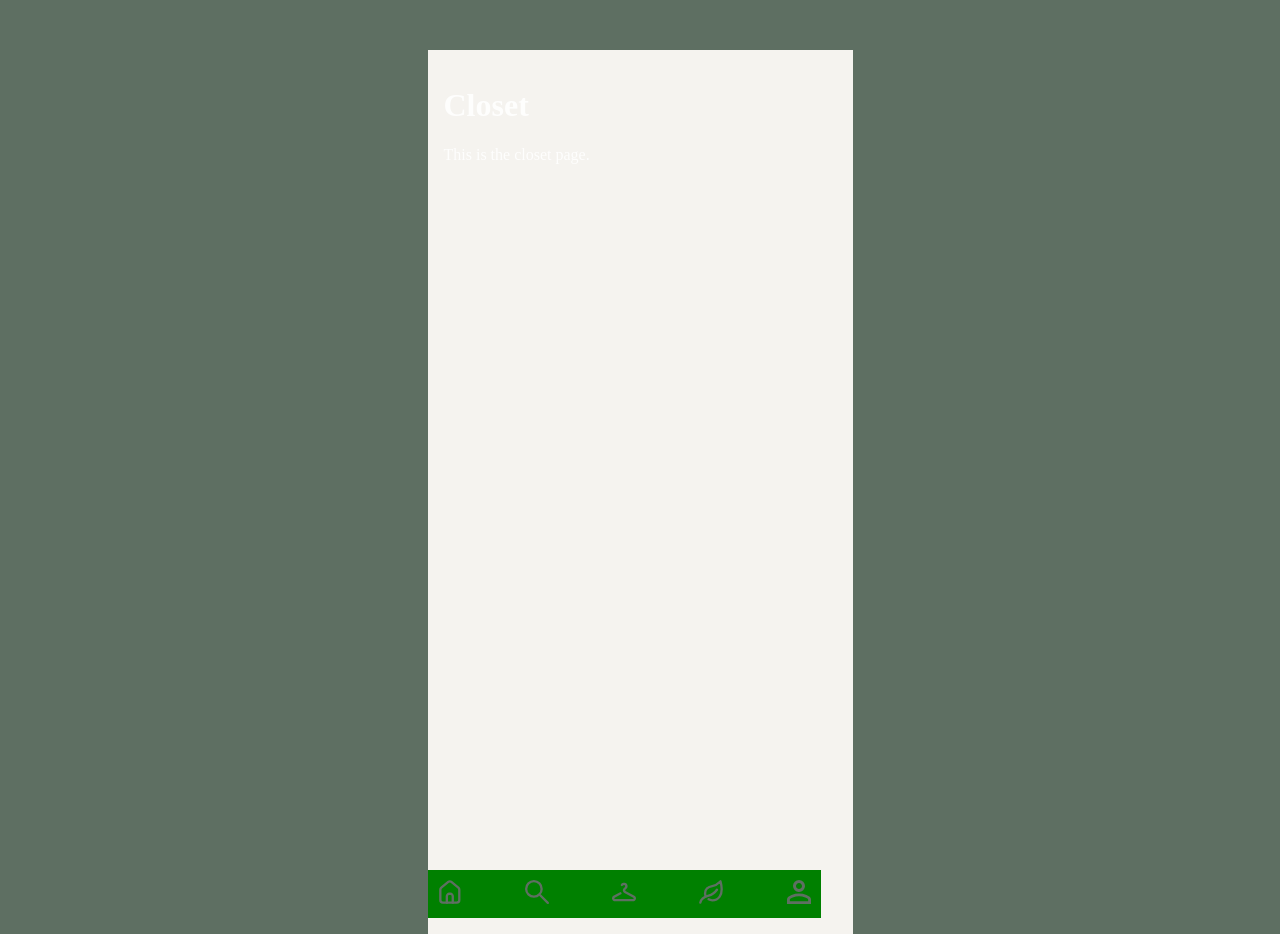
Repository: Strawb3rryjam/app-slotion
Page: /Closet
These files come from the project's save history. The page is drawn as it stood at one moment and after the next save; the edit follows.
The browser window is 1280 px wide. The pictures show the whole page.
The project was rebuilt for these pictures with package versions that can differ from the ones it lists, and the page was loaded fresh each time. Also part of the build but not shown: vite.config.js, src/App.css. Imported but missing from the stored project, and not drawn on this page: src/pages/Home.

Above is the page before, as saved 2025-05-05 09:29:32.

After the next save:
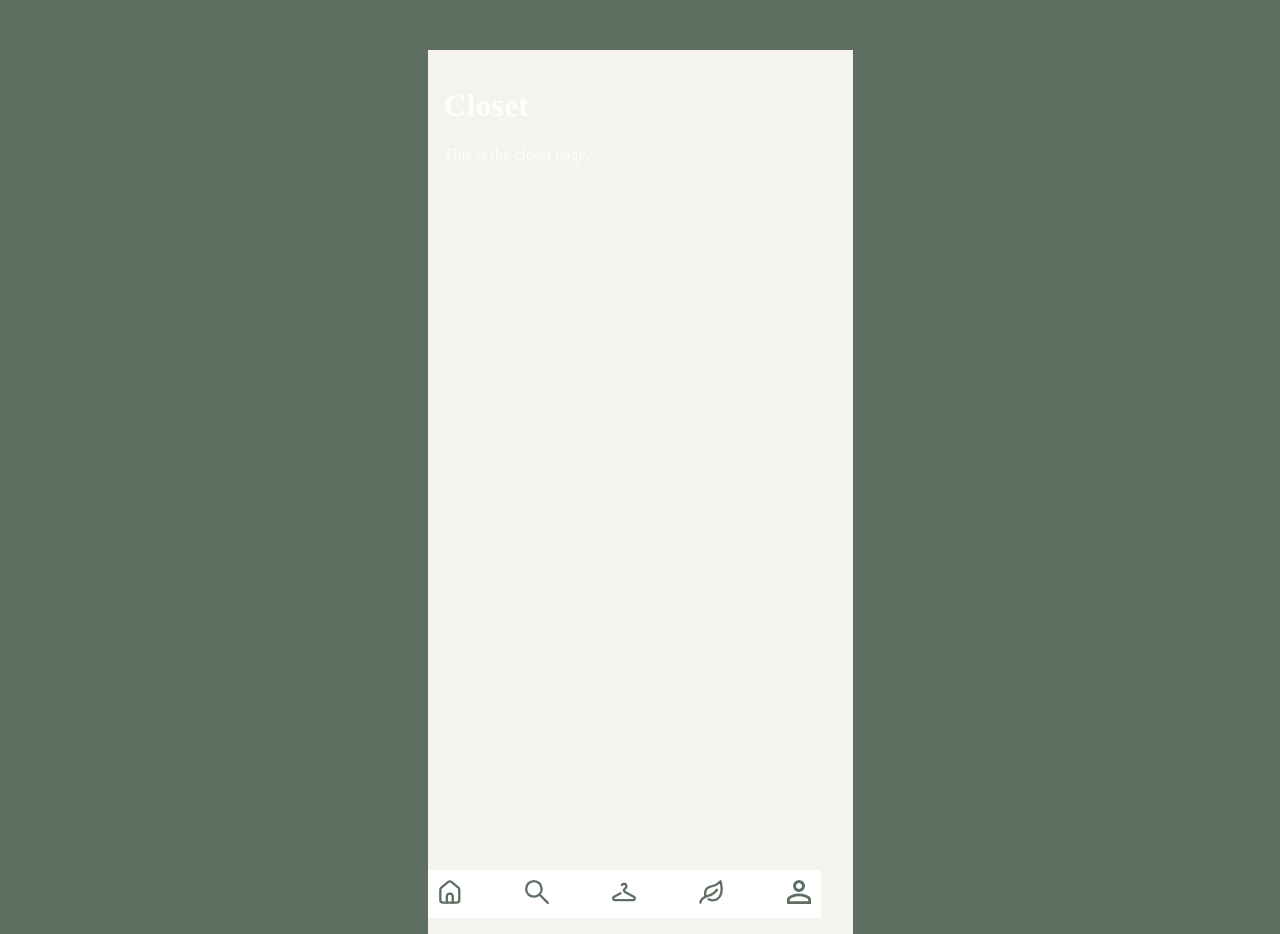
Saved 34 s later.
--- a/src/css/NavBar.module.css
+++ b/src/css/NavBar.module.css
@@ -1,5 +1,5 @@
 .navbar {
-    background-color: green;
+    background-color: white;
     padding: 10px 0;
     width: 393px;
     position: absolute;
